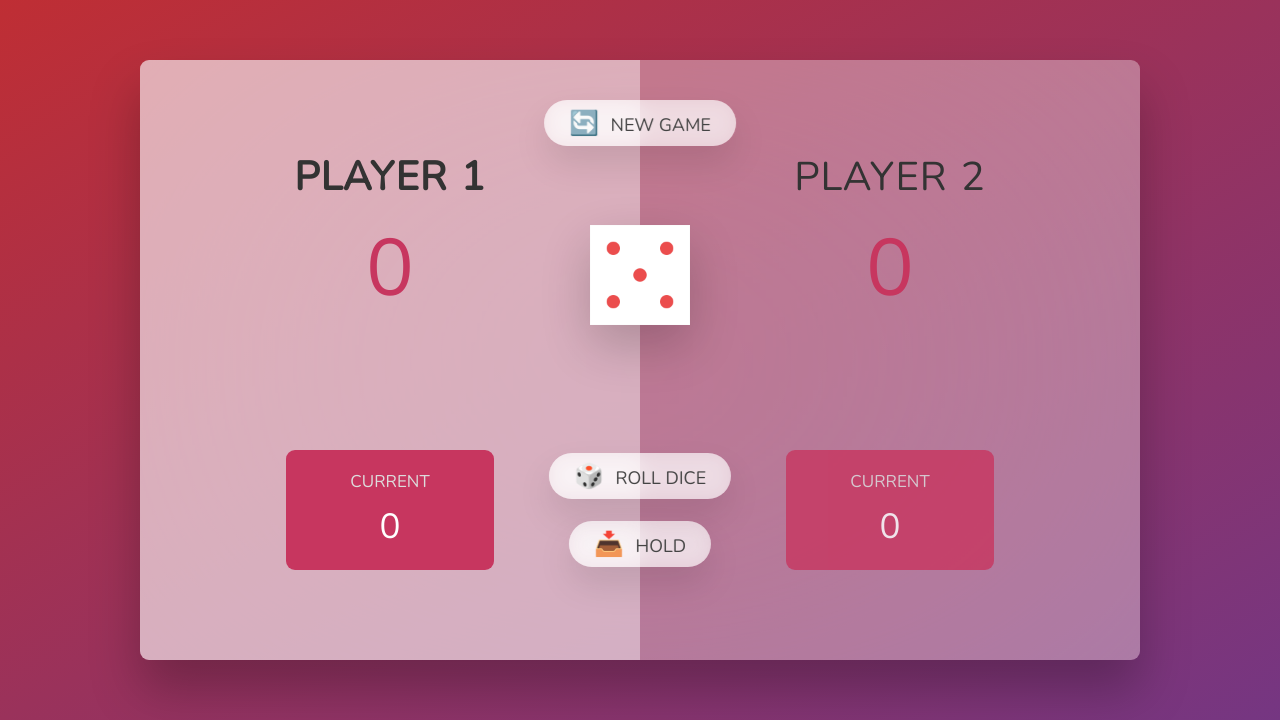
Repository: VickyJacob23/dice-game
Page: index.html
These files come from the project's save history. The page is drawn as it stood at one moment and after the next save; the edit follows.
The browser window is 1280 px wide. The pictures show the whole page.

Above is the page before, as saved 2024-07-23 14:48:51.

After the next save:
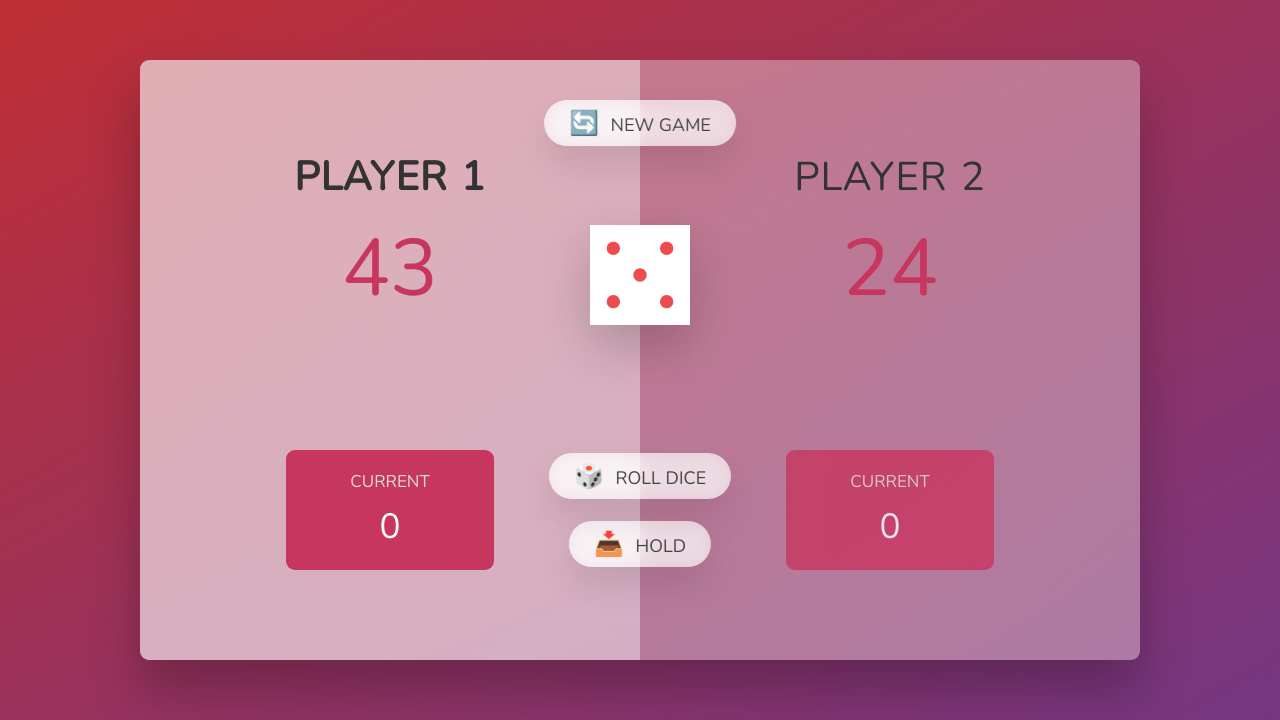
Console error (its wording comes from the project's code and is left out).
Saved 5 min 39 s later.
--- a/script.js
+++ b/script.js
@@ -52,7 +52,7 @@
 
 
     diceEl.classList.remove('dice--hidden');
-    diceEl.src = `.-${dice}.png`;
+    diceEl.src = `..-${`;
 
     if (dice !== 1) {
       // Add dice to current score

After the save that followed:
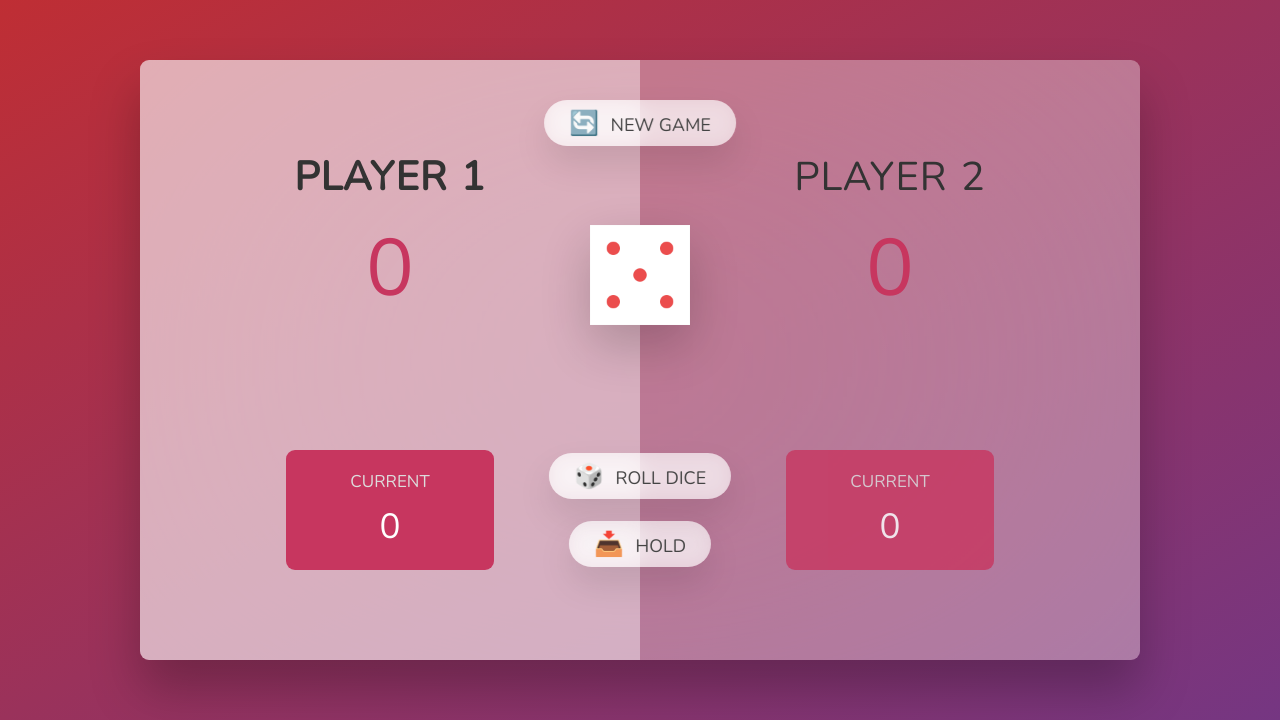
The error is gone.
Saved 106 s later.
--- a/script.js
+++ b/script.js
@@ -52,7 +52,7 @@
 
 
     diceEl.classList.remove('dice--hidden');
-    diceEl.src = `..-${`;
+    diceEl.src = `./dice-game-main/image/dice-5-${dice}.png`;
 
     if (dice !== 1) {
       // Add dice to current score
